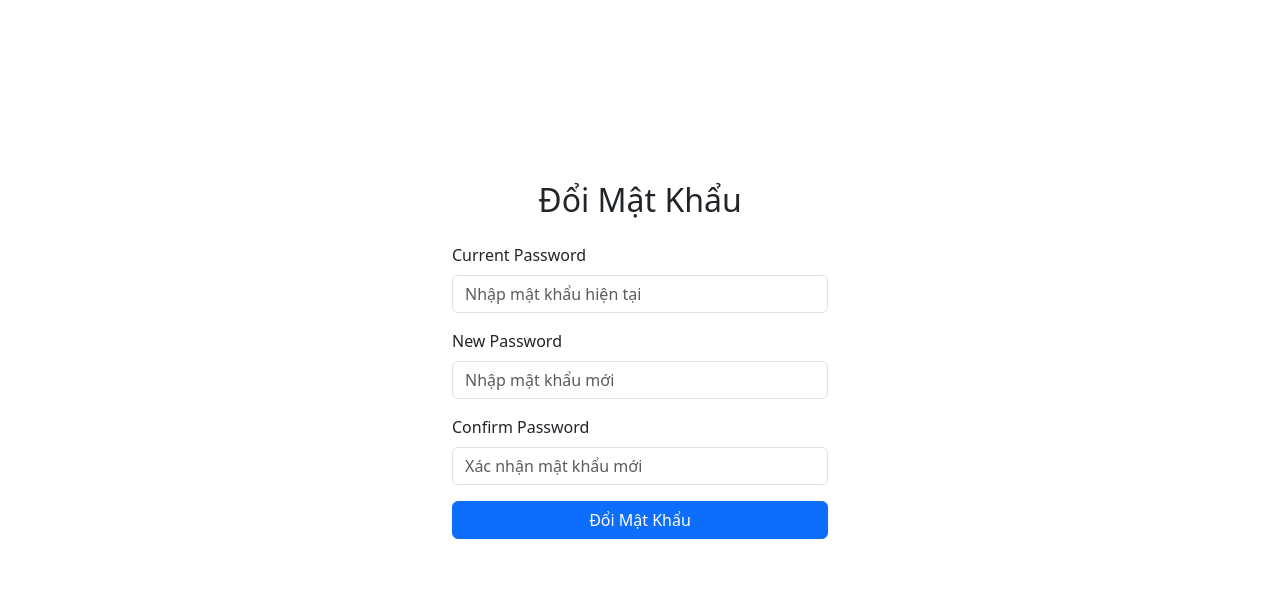
Repository: manhtdxxx/Tour-Booking-Webapp
Page: http://localhost/bookingTour/changepassword.jsp
These files come from the project's save history. The page is drawn as it stood at one moment and after a run of saves; the edit follows.
The browser window is 1280 px wide. The pictures show the whole page.
The page is served by Tomcat 9.

Above is the page before, as saved 2024-11-10 16:05:39.

After the next 2 saves:
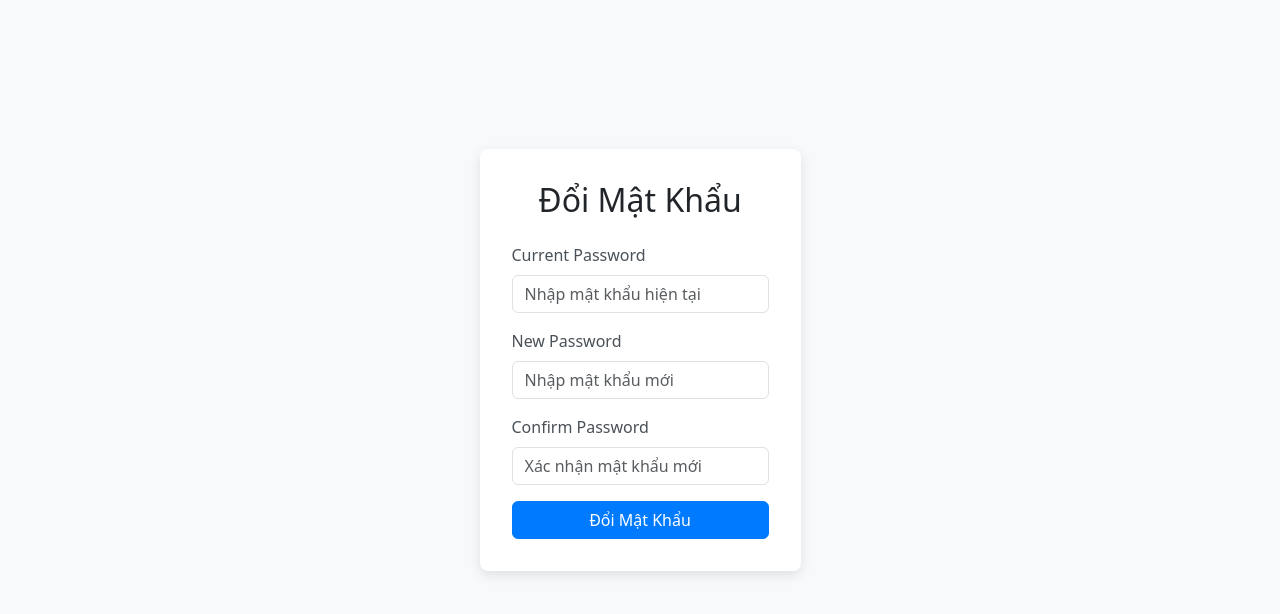
The 2 saves are shown as one change because they came seconds apart.
The last was saved 2 min 34 s later.
--- a/bookingTour/src/main/webapp/changepassword.jsp
+++ b/bookingTour/src/main/webapp/changepassword.jsp
@@ -1,18 +1,46 @@
 <%@ page language="java" contentType="text/html; charset=UTF-8" pageEncoding="UTF-8"%>
 <!DOCTYPE html>
-<html>
+<html lang="vi">
 <head>
+<meta charset="UTF-8">
+<meta name="viewport" content="width=device-width, initial-scale=1">
 <title>Đổi mật khẩu</title>
-<meta charset="utf-8">
-<meta name="viewport" content="width=device-width, initial-scale=1">
 <link href="https://cdn.jsdelivr.net/npm/bootstrap@5.3.3/dist/css/bootstrap.min.css"
 	rel="stylesheet">
 <script src="https://cdn.jsdelivr.net/npm/bootstrap@5.3.3/dist/js/bootstrap.bundle.min.js"></script>
+<style>
+body {
+	background-color: #f8f9fa;
+}
+
+.form-container {
+	max-width: 400px;
+	padding: 2rem;
+	background-color: #ffffff;
+	border-radius: 8px;
+	box-shadow: 0 4px 12px rgba(0, 0, 0, 0.1);
+}
+
+.form-label {
+	color: #495057;
+}
+
+.btn-primary {
+	background-color: #007bff;
+	border-color: #007bff;
+	transition: background-color 0.3s, box-shadow 0.3s;
+}
+
+.btn-primary:hover {
+	background-color: #0056b3;
+	box-shadow: 0 4px 10px rgba(0, 91, 187, 0.3);
+}
+</style>
 </head>
 
 <body class="d-flex align-items-center justify-content-center vh-100">
 
-	<div class="container" style="max-width: 400px;">
+	<div class="form-container">
 		<h2 class="text-center mb-4">Đổi Mật Khẩu</h2>
 
 		<form action="change-password" method="post">
@@ -27,8 +55,8 @@
 					required>
 			</div>
 			<div class="mb-3">
-				<label for="confirmPassword" class="form-label">Confirm Password</label> <input
-					type="password" class="form-control" id="confirmPassword" name="confirmPassword"
+				<label for="confirmPassword" class="form-label">Confirm Password</label> <input type="password"
+					class="form-control" id="confirmPassword" name="confirmPassword"
 					placeholder="Xác nhận mật khẩu mới" required>
 			</div>
 			<button type="submit" class="btn btn-primary w-100">Đổi Mật Khẩu</button>
@@ -37,5 +65,3 @@
 
 </body>
 </html>
-
-</html>
